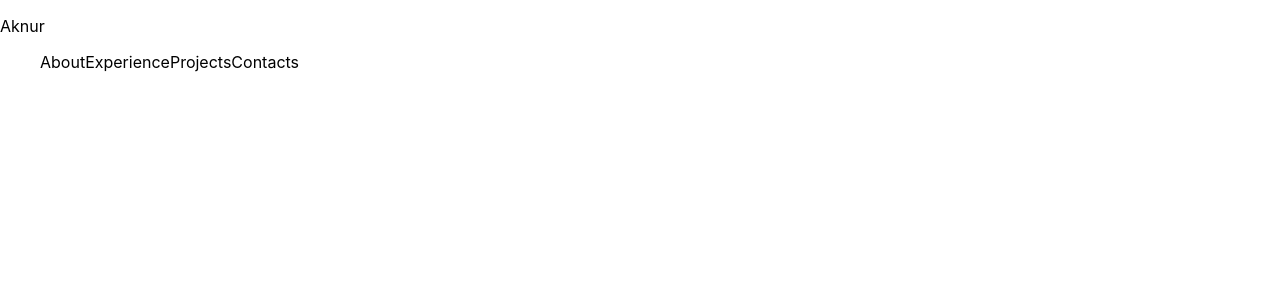
Repository: aknurkappar/nfactorial-portfolio-app-03-03-2022
Page: /
An editor plug-in stored every save of this project. The page is shown before and after a run of saves, followed by the edit.
The browser window is 1280 px wide. The pictures show the whole page.
The project was rebuilt for these pictures with package versions that can differ from the ones it lists, and the page was loaded fresh each time. Also part of the build but not shown: src/App.css.

Above is the page before, as saved 2023-03-03 20:44:47.

### src/App.js
import './App.css';
import { Header } from "./components/Header"

function App() {
  return (
    <>
    <Header />
    </>

  );
}

export default App;

### src/components/Header/index.js
import "./index.css"


 class Menu{
    constructor(name){
        this.name = name;
        this.isActive = false;
    }
 }

 const menues = [
    new Menu("About"),
    new Menu("Experience"),
    new Menu("Projects"),
    new Menu("Contacts"),
 ]


 export const Header = () => {
    return (
        <div>

            <p>Aknur</p>
            <ul className="menu-items">{
                menues.map(menu => (
                    <li>{menu.name}</li>
                ))
            }</ul>


        </div>
    )
 }

### src/components/Header/index.css
.menu-items{
    display: flex;
    flex-direction: row;

}


.menu-items li{
    list-style-type: none;
}

Loaded but not shown: public/index.html (common file); src/index.js (common file); src/index.css (common file)

After the next 3 saves:
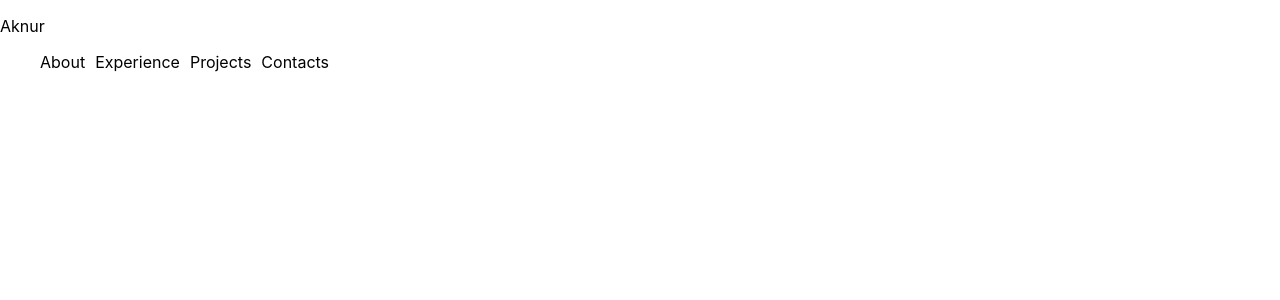
The 3 saves are shown as one change because they came seconds apart.
The last was saved 14 s later.
--- a/src/components/Header/index.css
+++ b/src/components/Header/index.css
@@ -7,4 +7,5 @@
 
 .menu-items li{
     list-style-type: none;
+    margin-right: 10px;;
 }
